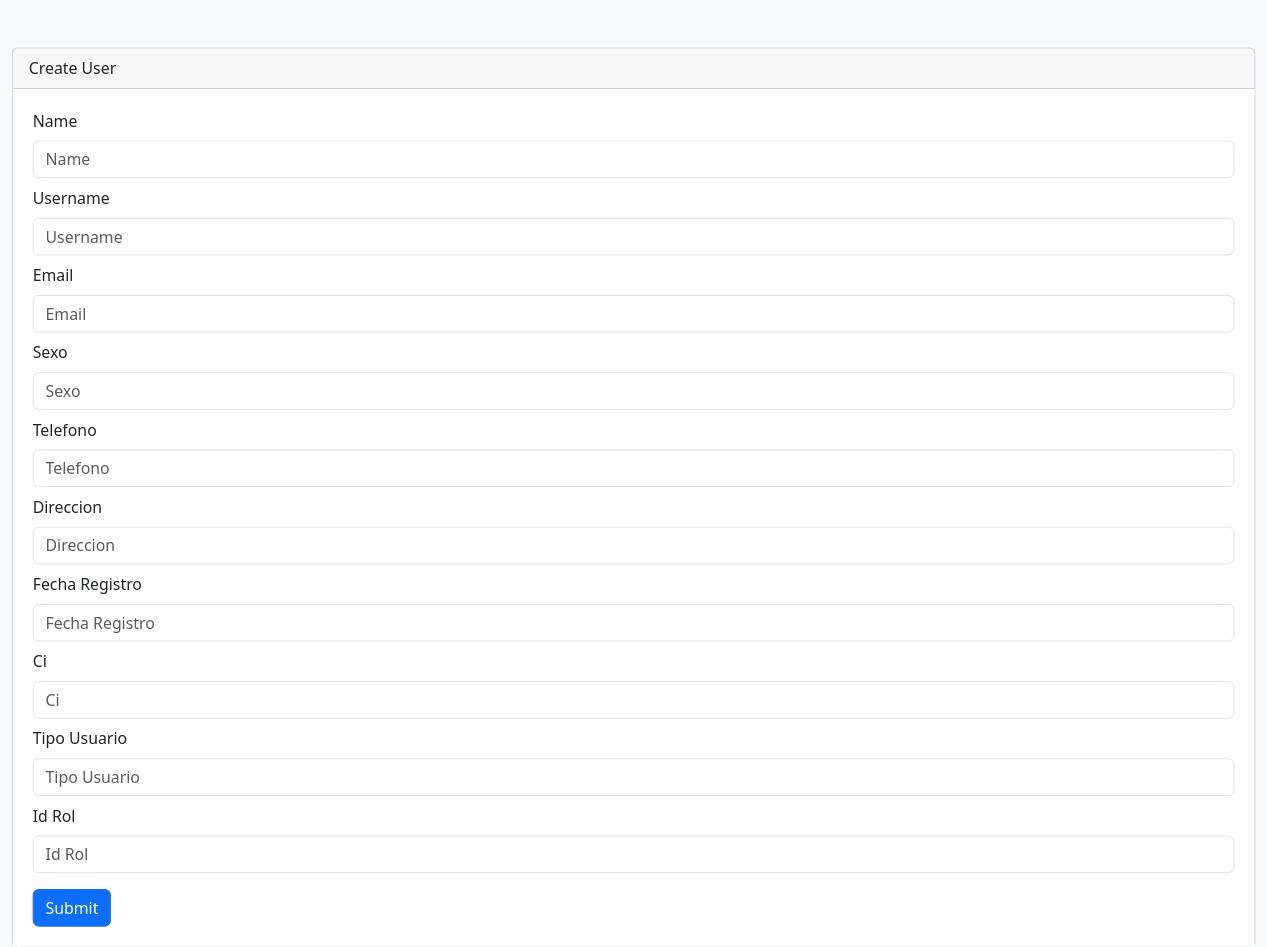
Repository: iAngie28/autoescuela-unido
Page: http://localhost/users/create
The author's editor kept a copy of each file at every save. The page is drawn from the files as they stood at one save, then again after the next save.
The browser window is 1280 px wide. The pictures show the whole page, at 99% of full size.
The page is served by the project's Laravel application, run on PHP 8.4 with Laravel 12. Other server files are loaded and not shown.

Above is the page before, as saved 2025-05-07 03:20:07.

### app/Listeners/LogSuccessfulLogout.php
<?php

namespace App\Listeners;

use App\Models\Bitacora;
use Illuminate\Auth\Events\Logout;
use Illuminate\Contracts\Queue\ShouldQueue;
use Illuminate\Queue\InteractsWithQueue;

class LogSuccessfulLogout
{
    public function handle(Logout $event)
    {

        $lastEntry = Bitacora::where('id_user', $event->user->id)
        ->whereNull('fecha_salida')
        ->latest()
        ->first();

        if ($lastEntry) {
        $lastEntry->update([
            'fecha_salida' => now(),
            'accion' => $lastEntry->actions . "\nCierre de sesión"
        ]);
    }
    }
}

### app/Listeners/LogSuccessfulLogin.php
<?php

namespace App\Listeners;

use App\Models\Bitacora;
use Illuminate\Auth\Events\Login;
use Illuminate\Support\Facades\Log;
use Illuminate\Contracts\Queue\ShouldQueue;
use Illuminate\Queue\InteractsWithQueue;

class LogSuccessfulLogin
{
    public function handle(Login $event)
    {
        Log::info('Listener de Login ejecutado');
        Bitacora::create([
            'id_user' => $event->user->id,
            'direccion_ip' => request()->ip(),
            'fecha_entrada' => now(),
            'accion' => 'inicio de sesion'
        ]);
    }
}

### routes/web.php
<?php

use Illuminate\Support\Facades\Route;
use App\Http\Controllers\AdministradorController;
use App\Http\Controllers\EstudianteController;
use App\Http\Controllers\ExamenCategoriaAspiraController;
use App\Http\Controllers\GrupoExamanController;
use App\Http\Controllers\InstructorController;
use App\Http\Controllers\NotificacioneController;
use App\Http\Controllers\PagoController;
use App\Http\Controllers\PaqueteController;
use App\Http\Controllers\RolController;
use App\Http\Controllers\TipoVehiculoController;
use App\Http\Controllers\UserController;
use App\Http\Controllers\UsuarioController;
use App\Http\Controllers\VehiculoController;

Route::view('/', 'welcome');

Route::view('dashboard', 'dashboard')
    ->middleware(['auth', 'verified'])
    ->name('dashboard');

Route::view('profile', 'profile')
    ->middleware(['auth'])
    ->name('profile');

require __DIR__.'/auth.php';
//angie
Route::resource('rols', \App\Http\Controllers\RolController::class); // Sin middleware
Route::resource('notificaciones', NotificacioneController::class);
Route::resource('users', UserController::class);
Route::resource('administradors', AdministradorController::class);
Route::resource('estudiantes', EstudianteController::class);
Route::resource('instructors', InstructorController::class);
Route::resource('pagos', PagoController::class);
Route::resource('tipo-vehiculos', TipoVehiculoController::class);
Route::resource('vehiculos', VehiculoController::class);
Route::resource('examen-categoria-aspiras', ExamenCategoriaAspiraController::class);
Route::resource('paquetes', PaqueteController::class);
Route::resource('grupo-examen', GrupoExamanController::class);

### app/Http/Controllers/UserController.php
<?php

namespace App\Http\Controllers;

use App\Models\User;
use Illuminate\Http\RedirectResponse;
use Illuminate\Http\Request;
use App\Http\Requests\UserRequest;
use Illuminate\Support\Facades\Redirect;
use Illuminate\View\View;

class UserController extends Controller
{
    /**
     * Display a listing of the resource.
     */
    public function index(Request $request): View
    {
        $users = User::paginate();

        return view('user.index', compact('users'))
            ->with('i', ($request->input('page', 1) - 1) * $users->perPage());
    }

    /**
     * Show the form for creating a new resource.
     */
    public function create(): View
    {
        $user = new User();

        return view('user.create', compact('user'));
    }

    /**
     * Store a newly created resource in storage.
     */
    public function store(UserRequest $request): RedirectResponse
    {
        User::create($request->validated());

        return Redirect::route('users.index')
            ->with('success', 'User created successfully.');
    }

    /**
     * Display the specified resource.
     */
    public function show($id): View
    {
        $user = User::find($id);

        return view('user.show', compact('user'));
    }

    /**
     * Show the form for editing the specified resource.
     */
    public function edit($id): View
    {
        $user = User::find($id);

        return view('user.edit', compact('user'));
    }

    /**
     * Update the specified resource in storage.
     */
    public function update(UserRequest $request, User $user): RedirectResponse
    {
        $user->update($request->validated());

        return Redirect::route('users.index')
            ->with('success', 'User updated successfully');
    }

    public function destroy($id): RedirectResponse
    {
        User::find($id)->delete();

        return Redirect::route('users.index')
            ->with('success', 'User deleted successfully');
    }
}

### app/Models/User.php
<?php

namespace App\Models;

// use Illuminate\Contracts\Auth\MustVerifyEmail;
use Illuminate\Database\Eloquent\Factories\HasFactory;
use Illuminate\Foundation\Auth\User as Authenticatable;
use Illuminate\Notifications\Notifiable;

class User extends Authenticatable
{
    /** @use HasFactory<\Database\Factories\UserFactory> */
    use HasFactory, Notifiable;

    /**
     * The attributes that are mass assignable.
     *
     * @var list<string>
     */
    protected $fillable = [
        'name',
        'username',
        'email',
        'password',
        'sexo',
        'telefono',
        'direccion',
        'fecha_registro',
        'ci',
        'password',
        'tipo_usuario',
        'id_rol',
    ];

    /**
     * The attributes that should be hidden for serialization.
     *
     * @var list<string>
     */
    protected $hidden = [
        'password',
        'remember_token',
    ];

    /**
     * Get the attributes that should be cast.
     *
     * @return array<string, string>
     */
    protected function casts(): array
    {
        return [
            'email_verified_at' => 'datetime',
            'password' => 'hashed',
        ];
    }
    public function rol()
    {
        return $this->belongsTo(\App\Models\Rol::class, 'id_rol', 'id');
    }

    /**
     * @return \Illuminate\Database\Eloquent\Relations\HasOne
     */
    public function administrador()
    {
        return $this->hasOne(\App\Models\Administrador::class, 'id');
    }

    /**
     * @return \Illuminate\Database\Eloquent\Relations\HasOne
     */
    public function estudiante()
    {
        return $this->hasOne(\App\Models\Estudiante::class, 'id');
    }

    /**
     * @return \Illuminate\Database\Eloquent\Relations\HasOne
     */
    public function instructor()
    {
        return $this->hasOne(\App\Models\Instructor::class, 'id');
    }

    /**
     * @return \Illuminate\Database\Eloquent\Relations\HasMany
     */
    public function notiEnviadas()
    {
        return $this->hasMany(\App\Models\NotiEnviada::class, 'id', 'id_user');
    }

    /**
     * @return \Illuminate\Database\Eloquent\Relations\HasMany
     */
    public function pagosAdministrador()
    {
        return $this->hasMany(\App\Models\Pago::class, 'id', 'id');
    }

    /**
     * @return \Illuminate\Database\Eloquent\Relations\HasMany
     */
    public function pagosEstudiante()
    {
        return $this->hasMany(\App\Models\Pago::class, 'id', 'id_est');
    }
    protected static function booted()
    {
        // Crear perfil con valores por defecto al crear usuario
        static::created(function ($usuario) {
            if ($usuario->id_rol  == 1){
                $usuario->administrador()->create([
                    'id' => $usuario->id,
                    'turno' => 'mañana'
                ]);
            }
            if ($usuario->id_rol  == 2){
                $usuario->estudiante()->create([
                    'id' => $usuario->id,
                    'fecha_nacimiento' => now()
                ]);
            }
            if ($usuario->id_rol  == 3){
                $usuario->instructor()->create([
                    'id' => $usuario->id,
                    'categ_licencia' => 'A'
                ]);
            }
        });

        // Eliminar perfil al borrar usuario (opcional si ya tienes onDelete('cascade'))
        static::deleting(function ($usuario) {
            $usuario->administrador?->delete();
            $usuario->estudiante?->delete();
            $usuario->instructor?->delete();
        });
    }
}

### resources/views/user/create.blade.php
@extends('layouts.guest-bootstrap')
    @section('content')
    <div class="container-fluid mt-5">
        <div class="row">
            <div class="col-md-12">

                <div class="card card-default">
                    <div class="card-header">
                        <span class="card-title">{{ __('Create') }} User</span>
                    </div>
                    <div class="card-body bg-white">
                        <form method="POST" action="{{ route('users.store') }}"  role="form" enctype="multipart/form-data">
                            @csrf

                            @include('user.form')

                        </form>
                    </div>
                </div>
            </div>
        </div>
    </section>
@endsection

### resources/views/user/form.blade.php
<div class="row padding-1 p-1">
    <div class="col-md-12">

        <div class="form-group mb-2 mb20">
            <label for="name" class="form-label">{{ __('Name') }}</label>
            <input type="text" name="name" class="form-control @error('name') is-invalid @enderror" value="{{ old('name', $user?->name) }}" id="name" placeholder="Name">
            {!! $errors->first('name', '<div class="invalid-feedback" role="alert"><strong>:message</strong></div>') !!}
        </div>
        <div class="form-group mb-2 mb20">
            <label for="username" class="form-label">{{ __('Username') }}</label>
            <input type="text" name="username" class="form-control @error('username') is-invalid @enderror" value="{{ old('username', $user?->username) }}" id="username" placeholder="Username">
            {!! $errors->first('username', '<div class="invalid-feedback" role="alert"><strong>:message</strong></div>') !!}
        </div>
        <div class="form-group mb-2 mb20">
            <label for="email" class="form-label">{{ __('Email') }}</label>
            <input type="text" name="email" class="form-control @error('email') is-invalid @enderror" value="{{ old('email', $user?->email) }}" id="email" placeholder="Email">
            {!! $errors->first('email', '<div class="invalid-feedback" role="alert"><strong>:message</strong></div>') !!}
        </div>
        <div class="form-group mb-2 mb20">
            <label for="sexo" class="form-label">{{ __('Sexo') }}</label>
            <input type="text" name="sexo" class="form-control @error('sexo') is-invalid @enderror" value="{{ old('sexo', $user?->sexo) }}" id="sexo" placeholder="Sexo">
            {!! $errors->first('sexo', '<div class="invalid-feedback" role="alert"><strong>:message</strong></div>') !!}
        </div>
        <div class="form-group mb-2 mb20">
            <label for="telefono" class="form-label">{{ __('Telefono') }}</label>
            <input type="text" name="telefono" class="form-control @error('telefono') is-invalid @enderror" value="{{ old('telefono', $user?->telefono) }}" id="telefono" placeholder="Telefono">
            {!! $errors->first('telefono', '<div class="invalid-feedback" role="alert"><strong>:message</strong></div>') !!}
        </div>
        <div class="form-group mb-2 mb20">
            <label for="direccion" class="form-label">{{ __('Direccion') }}</label>
            <input type="text" name="direccion" class="form-control @error('direccion') is-invalid @enderror" value="{{ old('direccion', $user?->direccion) }}" id="direccion" placeholder="Direccion">
            {!! $errors->first('direccion', '<div class="invalid-feedback" role="alert"><strong>:message</strong></div>') !!}
        </div>
        <div class="form-group mb-2 mb20">
            <label for="fecha_registro" class="form-label">{{ __('Fecha Registro') }}</label>
            <input type="text" name="fecha_registro" class="form-control @error('fecha_registro') is-invalid @enderror" value="{{ old('fecha_registro', $user?->fecha_registro) }}" id="fecha_registro" placeholder="Fecha Registro">
            {!! $errors->first('fecha_registro', '<div class="invalid-feedback" role="alert"><strong>:message</strong></div>') !!}
        </div>
        <div class="form-group mb-2 mb20">
            <label for="ci" class="form-label">{{ __('Ci') }}</label>
            <input type="text" name="ci" class="form-control @error('ci') is-invalid @enderror" value="{{ old('ci', $user?->ci) }}" id="ci" placeholder="Ci">
            {!! $errors->first('ci', '<div class="invalid-feedback" role="alert"><strong>:message</strong></div>') !!}
        </div>
        <div class="form-group mb-2 mb20">
            <label for="tipo_usuario" class="form-label">{{ __('Tipo Usuario') }}</label>
            <input type="text" name="tipo_usuario" class="form-control @error('tipo_usuario') is-invalid @enderror" value="{{ old('tipo_usuario', $user?->tipo_usuario) }}" id="tipo_usuario" placeholder="Tipo Usuario">
            {!! $errors->first('tipo_usuario', '<div class="invalid-feedback" role="alert"><strong>:message</strong></div>') !!}
        </div>
        <div class="form-group mb-2 mb20">
            <label for="id_rol" class="form-label">{{ __('Id Rol') }}</label>
            <input type="text" name="id_rol" class="form-control @error('id_rol') is-invalid @enderror" value="{{ old('id_rol', $user?->id_rol) }}" id="id_rol" placeholder="Id Rol">
            {!! $errors->first('id_rol', '<div class="invalid-feedback" role="alert"><strong>:message</strong></div>') !!}
        </div>

    </div>
    <div class="col-md-12 mt20 mt-2">
        <button type="submit" class="btn btn-primary">{{ __('Submit') }}</button>
    </div>
</div>

### resources/views/layouts/guest-bootstrap.blade.php
<!DOCTYPE html>
<html lang="{{ str_replace('_', '-', app()->getLocale()) }}">
<head>
  <meta charset="utf-8">
  <meta name="viewport" content="width=device-width, initial-scale=1">
  <meta name="csrf-token" content="{{ csrf_token() }}">

  <title>{{ config('app.name', 'Laravel') }}</title>

  {{-- Bootstrap CSS --}}
  <link href="https://cdn.jsdelivr.net/npm/bootstrap@5.3.0/dist/css/bootstrap.min.css" rel="stylesheet">
  {{-- Opcional: Font‑Awesome --}}
  <link href="https://cdnjs.cloudflare.com/ajax/libs/font-awesome/6.4.0/css/all.min.css" rel="stylesheet">
</head>
<body class="bg-light">

  {{-- Aquí se inyecta todo el contenido de la vista hija --}}
  <div class="min-vh-100">
    @yield('content')
  </div>

  {{-- Bootstrap JS --}}
  <script src="https://cdn.jsdelivr.net/npm/bootstrap@5.3.0/dist/js/bootstrap.bundle.min.js"></script>
</body>
</html>

Loaded but not shown: routes/auth.php (common file); app/Http/Controllers/Auth/VerifyEmailController.php (common file); app/Http/Controllers/Controller.php (common file)

After the next save:
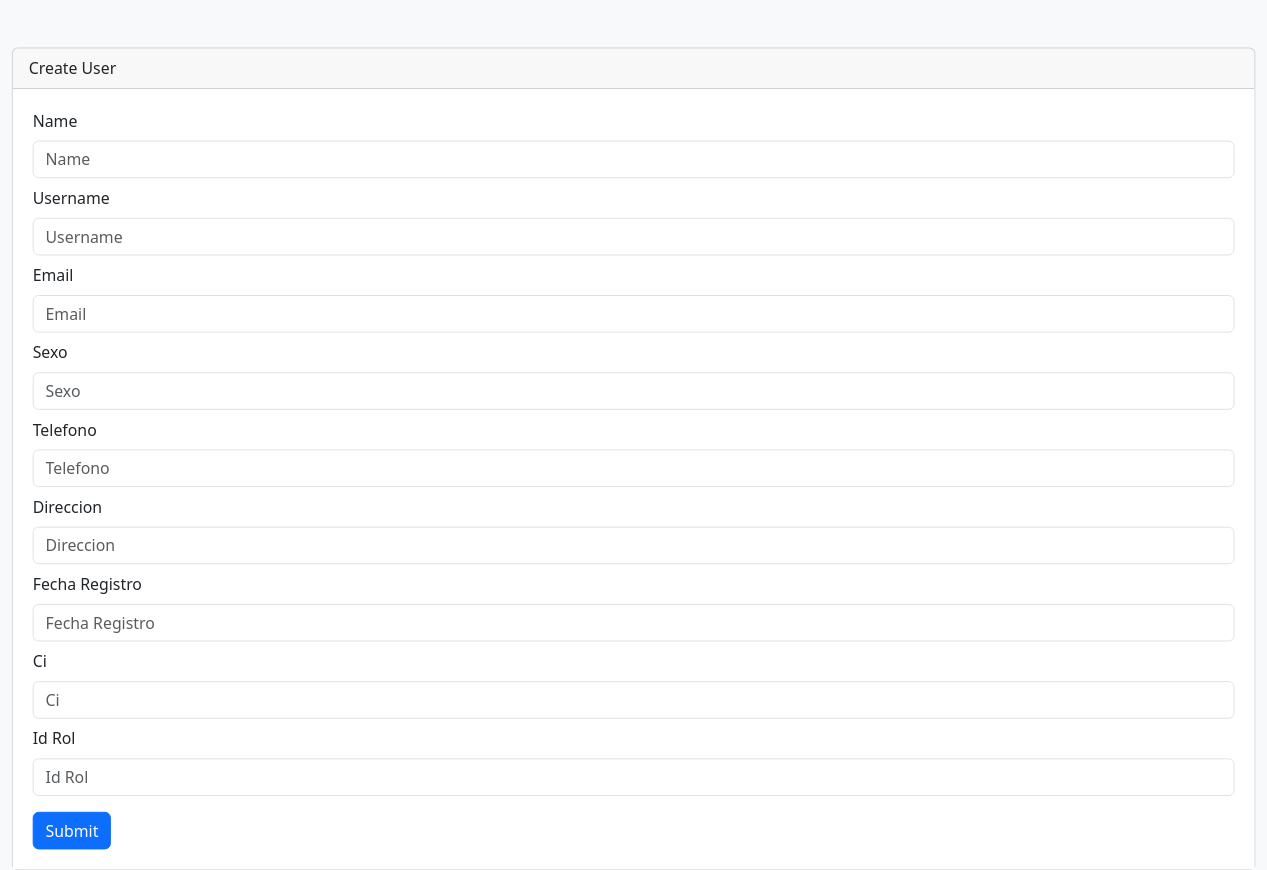
Saved 27 s later.
--- a/resources/views/user/form.blade.php
+++ b/resources/views/user/form.blade.php
@@ -42,11 +42,6 @@
             {!! $errors->first('ci', '<div class="invalid-feedback" role="alert"><strong>:message</strong></div>') !!}
         </div>
         <div class="form-group mb-2 mb20">
-            <label for="tipo_usuario" class="form-label">{{ __('Tipo Usuario') }}</label>
-            <input type="text" name="tipo_usuario" class="form-control @error('tipo_usuario') is-invalid @enderror" value="{{ old('tipo_usuario', $user?->tipo_usuario) }}" id="tipo_usuario" placeholder="Tipo Usuario">
-            {!! $errors->first('tipo_usuario', '<div class="invalid-feedback" role="alert"><strong>:message</strong></div>') !!}
-        </div>
-        <div class="form-group mb-2 mb20">
             <label for="id_rol" class="form-label">{{ __('Id Rol') }}</label>
             <input type="text" name="id_rol" class="form-control @error('id_rol') is-invalid @enderror" value="{{ old('id_rol', $user?->id_rol) }}" id="id_rol" placeholder="Id Rol">
             {!! $errors->first('id_rol', '<div class="invalid-feedback" role="alert"><strong>:message</strong></div>') !!}
